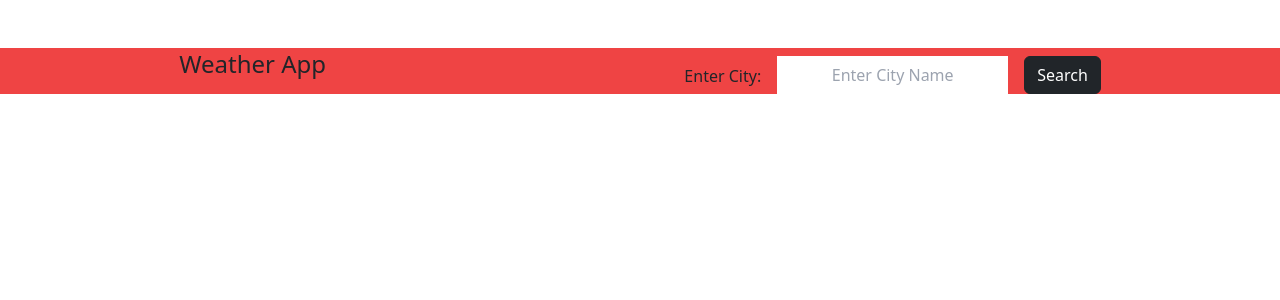
Repository: bhaveshtrades/weatherapp
Page: /
These files come from the project's save history. The page is drawn as it stood at one moment and after the next save; the edit follows.
The browser window is 1280 px wide. The pictures show the whole page.
The project was rebuilt for these pictures with package versions that can differ from the ones it lists, and the page was loaded fresh each time. Also part of the build but not shown: src/components/DetailedWeather.jsx, src/components/HourlyForecast.jsx.

Above is the page before, as saved 2023-01-25 00:32:11.

### public/index.html
<!DOCTYPE html>
<html lang="en">
  <head>
    <meta charset="utf-8" />
    <link rel="icon" href="%PUBLIC_URL%/favicon.ico" />
    <meta name="viewport" content="width=device-width, initial-scale=1" />
    <meta name="theme-color" content="#000000" />
    <meta
      name="description"
      content="Web site created using create-react-app"
    />
    <link rel="apple-touch-icon" href="%PUBLIC_URL%/logo192.png" />
    <!--
      manifest.json provides metadata used when your web app is installed on a
      user's mobile device or desktop. See https://developers.google.com/web/fundamentals/web-app-manifest/
    -->
    <link rel="manifest" href="%PUBLIC_URL%/manifest.json" />
  </head>

    <!--
      Notice the use of %PUBLIC_URL% in the tags above.
      It will be replaced with the URL of the `public` folder during the build.
      Only files inside the `public` folder can be referenced from the HTML.

      Unlike "/favicon.ico" or "favicon.ico", "%PUBLIC_URL%/favicon.ico" will
      work correctly both with client-side routing and a non-root public URL.
      Learn how to configure a non-root public URL by running `npm run build`.
    -->
    <title>React App</title>
  </head>
  <body>
    <noscript>You need to enable JavaScript to run this app.</noscript>
    <div id="root"></div>
    <!--
      This HTML file is a template.
      If you open it directly in the browser, you will see an empty page.

      You can add webfonts, meta tags, or analytics to this file.
      The build step will place the bundled scripts into the <body> tag.

      To begin the development, run `npm start` or `yarn start`.
      To create a production bundle, use `npm run build` or `yarn build`.
    -->
  </body>
</html>

### src/App.js
import React from 'react';
import CurrentWeather from './components/CurrentWeather';

function App() {

  return (
    <>
    <CurrentWeather/>
    </>
  );
}

export default App;

### src/components/CurrentWeather.jsx
import React, { useState } from 'react';
import DetailedWeather from './DetailedWeather';
import Navbar from './Navbar';
import HourlyForecast from './HourlyForecast';

function CurrentWeather(){

    const apiKey = process.env.REACT_APP_API_KEY;

    const[city, setCity] = useState();
    const[weatherData, setWeatherData] = useState([]);
    const[hourlyData, setHourlyData] = useState([]);

    let api = `http://api.weatherapi.com/v1/forecast.json?key=${apiKey}&q=${city}`;


    const weekDays = ['Sunday', 'Monday', 'Tuesday', 'Wednesday', 'Thursday', 'Friday', 'Saturday'];
    const months = ["January","February","March","April","May","June","July","August","September","October","November","December"]

     function getWeather(e){
      e.preventDefault();

      fetch(api).then(data => data.json())
      .then((response)=>{
        if(response.hasOwnProperty('location')){
        setWeatherData([response]);
        setHourlyData([response.forecast.forecastday[0].hour]);
        }else{
        setWeatherData([]);
        setHourlyData([]);
        }
      });
     }

     function forecastingData(element, index){
      let correctTime;
      let timeUnit = 'AM';
        if(new Date(`${element.time}`).getHours() === 0){
          correctTime = 12;
        }else if(new Date(`${element.time}`).getHours() === 12){
          correctTime = new Date(`${element.time}`).getHours();
          timeUnit = 'PM';
        }else if(new Date(`${element.time}`).getHours() > 12){
          correctTime = new Date(`${element.time}`).getHours() - 12;
          timeUnit = 'PM';
        }else{
          correctTime = new Date(`${element.time}`).getHours();
        }
        return <HourlyForecast key={index} tempProp={element.temp_c} iconProp={element.condition.icon} timeProp={correctTime+timeUnit}/>
     }

     console.log(new Date().getDate());

     function filteredForecasting(element){
      if(hourlyData[0].length !== 0){
      return new Date(`${element.time}`).getHours() >= new Date().getHours()
      }
    }

  return(
    <>
    <Navbar resultProp={getWeather} cityProp={(e)=>{setCity(e.target.value)}}/>
    {weatherData.length !==0 &&
    <div className='mt-16 w-3/4 ml-52 h-72'>
    <div>
    <h2>{weatherData[0].location.name}, {weatherData[0].location.country}</h2>
    <h4>{new Date(`${weatherData[0].current.last_updated}`).getDate()} {months[new Date(`${weatherData[0].current.last_updated}`).getMonth()]}, {weekDays[new Date(`${weatherData[0].current.last_updated}`).getDay()]}</h4>
    </div>
    <div className='flex gap-x-72'>
    <div className='flex gap-x-10 mt-6'>
    <div>
    <img src={`${weatherData[0].current.condition.icon}`} alt='This is a weather Icon'/>
    </div>
    <div>
    <h2>{weatherData[0].current.temp_c}<span>&#176;</span></h2>
    <h4>{weatherData[0].current.condition.text}</h4>
    </div>
    </div>
    <DetailedWeather maxTempProp={weatherData[0].forecast.forecastday[0].day.maxtemp_c} minTempProp={weatherData[0].forecast.forecastday[0].day.mintemp_c} sunriseProp={weatherData[0].forecast.forecastday[0].astro.sunrise} sunsetProp={weatherData[0].forecast.forecastday[0].astro.sunset} windSpeedProp={weatherData[0].current.wind_kph} rainChanceProp={weatherData[0].forecast.forecastday[0].day.daily_chance_of_rain}/>
    </div>
    </div>
    }
    {hourlyData.length !== 0 && <div className='mt-4 ml-52 w-3/4 h-56 overflow-auto'>
    <div>
    <h3>Today's Weather</h3>
    </div>
    {<div className='flex gap-x-12 pl-4 pt-2'>
    {hourlyData[0].filter(filteredForecasting).map(forecastingData)}
    </div>}
    </div>}
    </>
  )
}

export default CurrentWeather;

### src/components/Navbar.jsx
import React from 'react'

function Navbar({resultProp, cityProp}){

  return (
    <>
    <div className='sm: bg-red-500 flex justify-around mt-12'>
    <div>
    <h1 className='sm:text-2xl'>Weather App</h1>
    </div>
    <div className='pt-2'>
    <form role="search" onSubmit={resultProp} className='flex gap-x-4'>
        <label htmlFor='cityName' className='pt-2'>Enter City: </label>
        <input type='text' className='text-center' placeholder='Enter City Name' onChange={cityProp}/>
        <button type="submit" className='btn btn-dark' onClick={resultProp}>Search</button>
    </form>
    </div>
    </div>
    </>
  )
}

export default Navbar;

Loaded but not shown: src/index.js (common file); src/index.css (common file); src/reportWebVitals.js (common file); tailwind.config.js (common file)

After the next save:
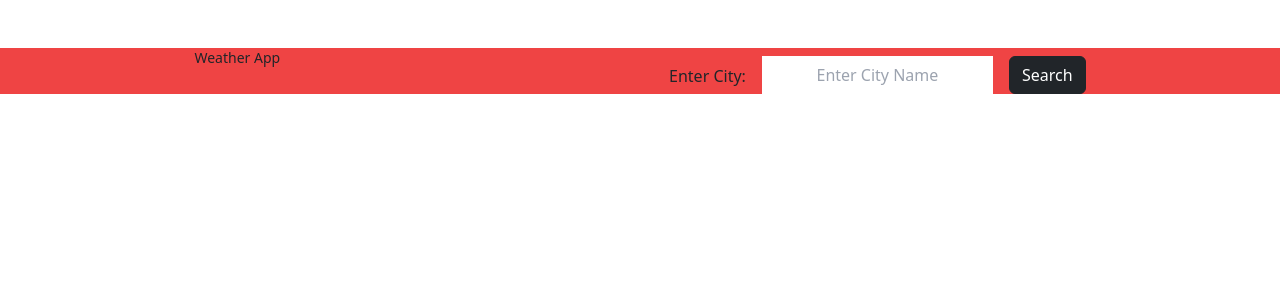
Saved 4 s later.
--- a/src/components/Navbar.jsx
+++ b/src/components/Navbar.jsx
@@ -6,7 +6,7 @@
     <>
     <div className='sm: bg-red-500 flex justify-around mt-12'>
     <div>
-    <h1 className='sm:text-2xl'>Weather App</h1>
+    <h1 className='sm:text-sm'>Weather App</h1>
     </div>
     <div className='pt-2'>
     <form role="search" onSubmit={resultProp} className='flex gap-x-4'>

After the 2 saves that followed:
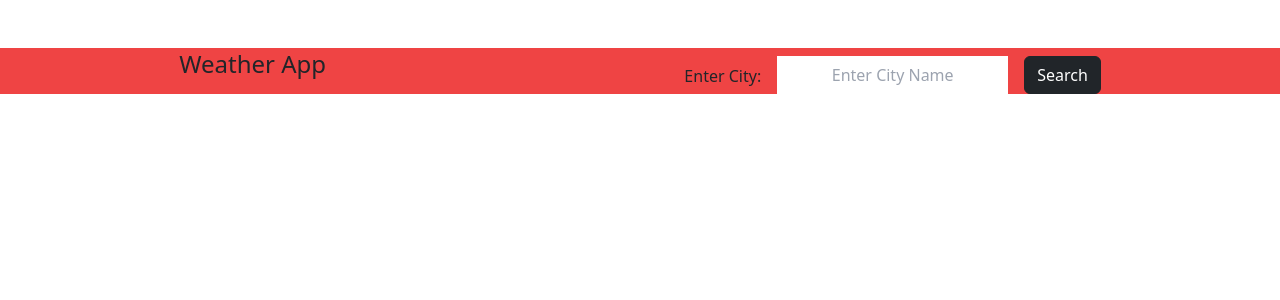
The 2 saves are shown as one change because 1 left the picture as it was.
The last was saved 20 s later.
--- a/src/components/Navbar.jsx
+++ b/src/components/Navbar.jsx
@@ -6,7 +6,7 @@
     <>
     <div className='sm: bg-red-500 flex justify-around mt-12'>
     <div>
-    <h1 className='sm:text-sm'>Weather App</h1>
+    <h1 className='sm: text-2xl'>Weather App</h1>
     </div>
     <div className='pt-2'>
     <form role="search" onSubmit={resultProp} className='flex gap-x-4'>
